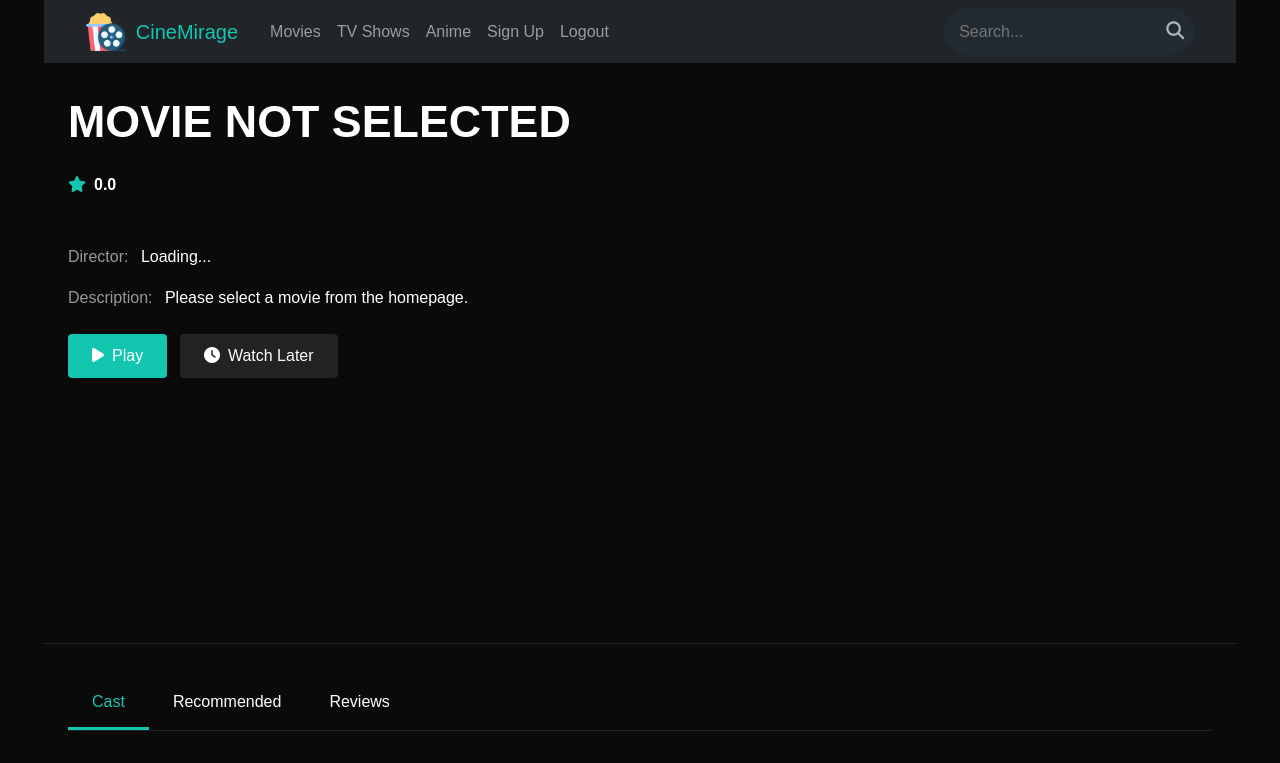
Repository: Malik1307/DEPI-Movie-Site-Demo-
Page: screens/movie-details.html
The author's editor kept a copy of each file at every save. The page is drawn from the files as they stood at one save, then again after the next save.
The browser window is 1280 px wide. The pictures show the whole page.

Above is the page before, as saved 2025-02-28 11:32:32.

After the next save:
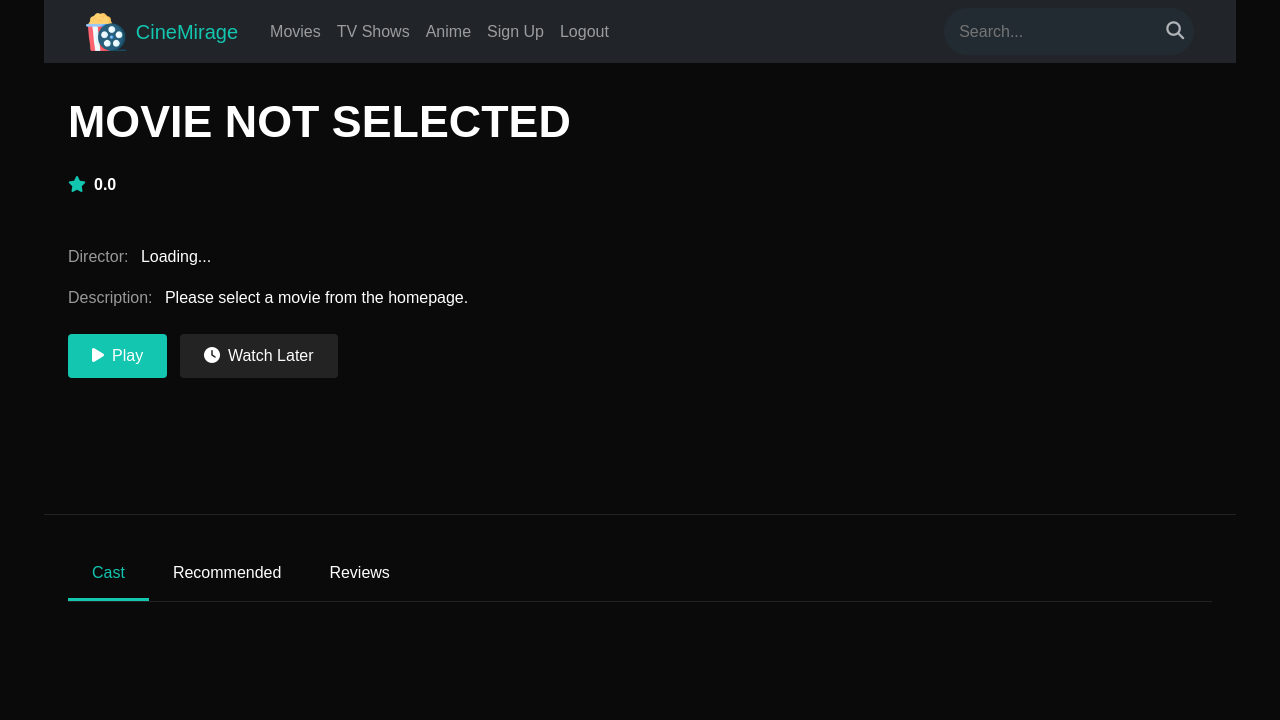
Saved 2 min 17 s later.
--- a/css/movie-details.css
+++ b/css/movie-details.css
@@ -6,13 +6,7 @@ body {
   padding: 0;
 }
 
-.movie-container {
-  position: relative;
-  overflow: hidden;
-  width: 100%;
-  min-height: 500px; /* Changed from fixed height to min-height */
-  padding-bottom: 50px; /* Added padding to ensure content fits */
-}
+
 
 .movie-header {
   position: relative;
